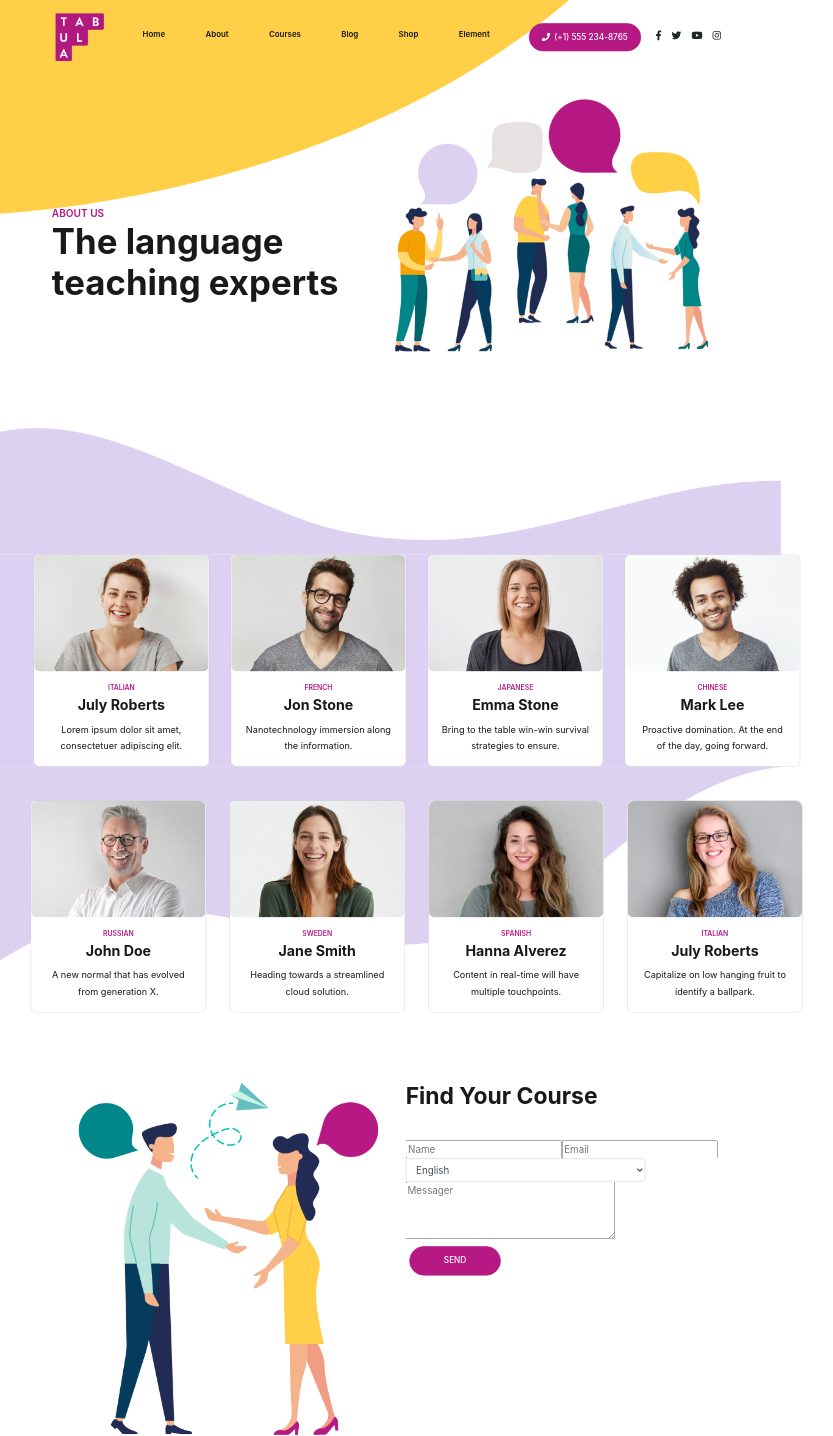
Repository: Khanh1234-glitch/TruongNguyenBaoKhanh_BC22_assignment__tabula
Page: Tabula/index.html
These files come from the project's save history. The page is drawn as it stood at one moment and after a run of saves; the edit follows.
The browser window is 1280 px wide. The page is 1366 px wide, so the pictures cover 1366 px, including what lies to the right of the window. The pictures show the whole page, at 61% of full size.
The style sheet was rebuilt from its Sass, Less or Tailwind sources for each picture, by a compiler version that may differ from the author's.

Above is the page before, as saved 2022-04-18 09:52:08.

### Tabula/index.html
<!doctype html>
<html lang="en">

<head>
    <title>Title</title>
    <!-- Required meta tags -->
    <meta charset="utf-8">
    <meta name="viewport" content="width=device-width, initial-scale=1, shrink-to-fit=no">
    <!-- link css -->
    <link rel="stylesheet" href="./css/style.css">
    <!-- link fontawesome -->
    <link rel="stylesheet" href="https://cdnjs.cloudflare.com/ajax/libs/font-awesome/5.15.4/css/all.min.css">
    <!-- Bootstrap CSS -->
    <link rel="stylesheet" href="https://stackpath.bootstrapcdn.com/bootstrap/4.3.1/css/bootstrap.min.css" integrity="sha384-ggOyR0iXCbMQv3Xipma34MD+dH/1fQ784/j6cY/iJTQUOhcWr7x9JvoRxT2MZw1T" crossorigin="anonymous">
</head>

<body>
    <header>
        <nav class="navbar container navbar-expand-md navbar-dark">
            <!-- Toggler/collapsibe Button -->
            <button class="navbar-toggler" type="button" data-toggle="collapse" data-target="#collapsibleNavbar">
                <span class="navbar-toggler-icon"></span>
            </button>
            <!-- Brand -->
            <img style="cursor:pointer" src="./img/crest.png" alt="">
            <!-- Navbar links -->
            <div class="collapse navbar-collapse " id="collapsibleNavbar">
                <ul class="navbar-nav ml-auto">
                    <li class="nav-item">
                        <a class="nav-link" href="#">Home</a>
                    </li>
                    <li class="nav-item">
                        <a class="nav-link" href="#">About</a>
                    </li>
                    <li class="nav-item">
                        <a class="nav-link" href="#">Courses</a>
                    </li>
                    <li class="nav-item">
                        <a class="nav-link" href="#">Blog</a>
                    </li>
                    <li class="nav-item">
                        <a class="nav-link" href="#">Shop</a>
                    </li>
                    <li class="nav-item">
                        <a class="nav-link" href="#">Element</a>
                    </li>
                    <li class="button">
                        <button class="btn-header"><i style="margin-right:7px;" class="fa fa-phone"></i> (+1) 555 234-8765</button>
                    </li>
                    <li class="nav-item" style="margin-top:10px">
                        <i class="fab fa-facebook-f"></i>
                        <i class="fab fa-twitter"></i>
                        <i class="fab fa-youtube"></i>
                        <i class="fab fa-instagram"></i>
                    </li>
                </ul>
            </div>
        </nav>
        <div class="hero-book container ">
            <div class="text-left">
                <span>ABOUT US</span>
                <h1>The language teaching experts</h1>
            </div>
            <div class="img-right">
                <img src="./img/hero_team.png" alt="">
            </div>
        </div>
    </header>
    <section class="column-img ">
        <img src="./img/Violet_top_left_wave.png" alt="">
        <div class="bg-card">
            <div class="container-card ">
                <div class="card" style="width: 18rem;">
                    <div class="img-card">
                        <img class="card-img-top" srcset="./img/teacher_1.jpg " alt="Card image cap">
                    </div>
                    <div class="card-body">
                        <p>ITALIAN</p>
                        <h5 class="card-title">July Roberts</h5>
                        <p class="card-text">Lorem ipsum dolor sit amet, consectetuer adipiscing elit.</p>
                    </div>
                </div>
                <div class="card" style="width: 18rem;">
                    <div class="img-card">
                        <img class="card-img-top" srcset="./img/teacher_2.jpg " alt="Card image cap">
                    </div>
                    <div class="card-body">
                        <p>FRENCH</p>
                        <h5 class="card-title">Jon Stone
                        </h5>
                        <p class="card-text">Nanotechnology immersion along the information.</p>
                    </div>
                </div>
                <div class="card" style="width: 18rem;">
                    <div class="img-card">
                        <img class="card-img-top" srcset="./img/teacher_3.jpg" alt="Card image cap">
                    </div>
                    <div class="card-body">
                        <p>JAPANESE</p>
                        <h5 class="card-title">Emma Stone</h5>
                        <p class="card-text">Bring to the table win-win survival strategies to ensure.</p>
                    </div>
                </div>
                <div class="card" style="width: 18rem;">
                    <div class="img-card">
                        <img class="card-img-top" srcset="./img/teacher_4.jpg " alt="Card image cap">
                    </div>
                    <div class="card-body">
                        <p>CHINESE</p>
                        <h5 class="card-title">Mark Lee</h5>
                        <p class="card-text">Proactive domination. At the end of the day, going forward.</p>
                    </div>
                </div>
            </div>
        </div>

        <img src="./img/Violet_bottom_left_wave.png" alt="">
        <div class="card-bottom">
            <div class="container-card ">
                <div class="card" style="width: 18rem;">
                    <div class="img-card">
                        <img class="card-img-top" srcset="./img/teacher_5.jpg " alt="Card image cap">
                    </div>
                    <div class="card-body">
                        <p>RUSSIAN</p>
                        <h5 class="card-title">John Doe</h5>
                        <p class="card-text">A new normal that has evolved from generation X.</p>
                    </div>
                </div>
                <div class="card" style="width: 18rem;">
                    <div class="img-card">
                        <img class="card-img-top" srcset="./img/teacher_6.jpg " alt="Card image cap">
                    </div>
                    <div class="card-body">
                        <p>SWEDEN</p>
                        <h5 class="card-title">Jane Smith</h5>
                        <p class="card-text">Heading towards a streamlined cloud solution.</p>
                    </div>
                </div>
                <div class="card" style="width: 18rem;">
                    <div class="img-card">
                        <img class="card-img-top" srcset="./img/teacher_7.jpg " alt="Card image cap">
                    </div>
                    <div class="card-body">
                        <p>SPANISH</p>
                        <h5 class="card-title">Hanna Alverez</h5>
                        <p class="card-text">Content in real-time will have multiple touchpoints.</p>
                    </div>
                </div>
                <div class="card" style="width: 18rem;">
                    <div class="img-card">
                        <img class="card-img-top" srcset="./img/teacher_8.jpg " alt="Card image cap">
                    </div>
                    <div class="card-body">
                        <p>ITALIAN</p>
                        <h5 class="card-title">July Roberts</h5>
                        <p class="card-text">Capitalize on low hanging fruit to identify a ballpark.</p>
                    </div>
                </div>
            </div>
        </div>
    </section>
    <section class="contact-form container">
        <div class="img-left">
            <img src="./img/conatct_inner.png" alt="">
        </div>
        <div class="form-right">
            <div class="form">
                <div class="title">Find Your Course</div>
                <div class="row-form">
                    <div class="name-form"><input type="text" placeholder="Name"></div>
                    <div class="email-form"><input type="text" placeholder="Email"></div>
                </div>
                <div class="seclect-form">
                    <select class="form-control" id="exampleFormControlSelect1">
                        <option>English</option>
                        <option>French</option>
                        <option>Spanish</option>
                        <option>German</option>
                    </select>
                </div>
                <div class="text-form">
                    <textarea name="" id="" cols="30" rows="10" placeholder="Messager"></textarea>
                </div>
                <button>Send</button>
            </div>
        </div>
    </section>

    <!-- Optional JavaScript -->
    <!-- jQuery first, then Popper.js, then Bootstrap JS -->
    <script src="https://code.jquery.com/jquery-3.3.1.slim.min.js" integrity="sha384-q8i/X+965DzO0rT7abK41JStQIAqVgRVzpbzo5smXKp4YfRvH+8abtTE1Pi6jizo" crossorigin="anonymous"></script>
    <script src="https://cdnjs.cloudflare.com/ajax/libs/popper.js/1.14.7/umd/popper.min.js" integrity="sha384-UO2eT0CpHqdSJQ6hJty5KVphtPhzWj9WO1clHTMGa3JDZwrnQq4sF86dIHNDz0W1" crossorigin="anonymous"></script>
    <script src="https://stackpath.bootstrapcdn.com/bootstrap/4.3.1/js/bootstrap.min.js" integrity="sha384-JjSmVgyd0p3pXB1rRibZUAYoIIy6OrQ6VrjIEaFf/nJGzIxFDsf4x0xIM+B07jRM" crossorigin="anonymous"></script>
</body>

</html>

### Tabula/Sass/style.scss
@import "./helper/mixin";
@import "./helper/variable";
@import "./Component/navbar";
@import "./Component/button";
@import "./Component/social";
@import "./Component/herobook";
@import "./Component/card-info";
@import "./Component/footer-form";

### Tabula/Sass/helper/_mixin.scss
@mixin content($fs, $fw, $color) {
    font-size: $fs;
    font-weight: $fw;
    background-color: $color;
}

@mixin content2($fs, $fw, $color) {
    font-size: $fs;
    font-weight: $fw;
    color: $color;
}

### Tabula/Sass/helper/_variable.scss
//color
$color:#e6afd4;
$color2:#181818;
$color3:#b61984 !important;
$color4:#191919 !important;
$color5:#dcd1f3;
//font weight
$fw-1:500;
$fw-2:600;
$fw-3:700;
$fw-4:800;
$fw-0:300;
//font-size
$fs-1:13px;
$fs-2:57px;
$fs-3:16.5px;
$fs-4:14.625px;
$fs-5:13.125px;
$fs-6:13.5px;
$fs-7:16.5px;
$fs-8:15px;
$fs-9:17.25px;
$fs-10:11.25px;
$fs-11:23.25px;
$fs-12:37.5px;

### Tabula/Sass/Component/_navbar.scss
body {
    background: url("./../../img/yellow_top_wave_01.png");
    background-repeat: no-repeat;
    header {
        .navbar-nav {
            .nav-item {
                a {
                    @include content2($fs-1,
                    $fw-2,
                    $color2);
                    line-height: 80px;
                    margin-right: 50px;
                    color: $color2 !important;
                    transition: all 0.5s;
                    &::after {
                        content: "";
                        width: 10px;
                        height: 10px;
                        margin-left: 7px;
                        border-radius: 100%;
                        display: block;
                        background-color: $color3;
                        transition: all 0.5s;
                        transform: scaleX(0);
                    }
                    &:hover {
                        color: $color3;
                        &::after {
                            transform: scaleX(1);
                        }
                    }
                }
            }
        }
    }
}

### Tabula/Sass/Component/_button.scss
    .navbar-nav {
        .button {
            display: flex;
            align-items: center;
            margin-right: 18px;
            button {
                @include content($fs-6, $fw-1, $color3);
                align-items: center;
                border-radius: 50px;
                display: flex;
                justify-content: center;
                line-height: 13.5px;
                margin: 6px;
                padding: 14.85px 20.25px;
                text-align: center;
                color: #fff;
                border: 1px solid $color3;
                transition: all 0.2s;
                &:hover {
                    background-color: #fff !important;
                    border: 1px solid $color3;
                    color: $color3;
                }
            }
        }
    }

    .form {
        button {
            width: 150px;
            height: 48px;
            @include content($fs-6, $fw-1, $color3);
            align-items: center;
            border-radius: 50px;
            display: flex;
            justify-content: center;
            line-height: 13.5px;
            margin: 6px;
            padding: 18.9px 35.1px;
            text-align: center;
            color: #fff;
            border: 1px solid $color3;
            transition: all 0.2s;
            text-transform: uppercase;
            &:hover {
                background-color: #fff !important;
                border: 1px solid $color3;
                color: $color3;
            }
        }
    }

### Tabula/Sass/Component/_social.scss
.navbar-nav {
    .nav-item {
        i {
            margin-right: 12px;
            line-height: 80px;
            cursor: pointer;
            transition: all 0.5s;
            &:hover {
                color: $color3;
            }
        }
    }
}

### Tabula/Sass/Component/_herobook.scss
.hero-book {
    display: flex;
    .text-left {
        margin-top: 216px;
        span {
            @include content2($fs-7, $fw-2, $color3);
            line-height: 19.8px;
        }
        h1 {
            @include content2($fs-2, $fw-3, $color4);
            line-height: 68.4px;
        }
    }
}

### Tabula/Sass/Component/_card-info.scss
.column-img {
    position: relative;
    margin-bottom: 200px;
    img {
        width: 100%;
        height: auto;
        display: block;
    }
    .bg-card {
        background-color: $color5;
        .container-card {
            display: grid;
            grid-template-columns: repeat(4, 1fr);
            gap: 35px;
            margin: 0 55px;
            .card-body {
                text-align: center;
                p:first-of-type {
                    @include content2($fs-10, $fw-2, $color3);
                    line-height: 13.5px;
                    margin: 0px 0px 7.875px;
                }
                h5 {
                    @include content2($fs-11, $fw-3, $color4);
                    line-height: 27.9px;
                }
                p:last-child {
                    color: $color2;
                    font-size: 15px;
                    line-height: 27px;
                    text-align: center;
                }
            }
            .card {
                border-radius: 10px;
                transition: all 0.5s;
                .img-card {
                    overflow: hidden;
                    border-radius: 10px;
                }
                &:hover {
                    box-shadow: 0 8px 60px 0 rgba(103, 151, 255, .11), 0 12px 90px 0 rgba(103, 151, 255, .11);
                    img {
                        transform: scale(1.1);
                        -webkit-transform: scale(1.1);
                        -moz-transform: scale(1.1);
                        -o-transform: scale(1.1);
                        -ms-transform: scale(1.1);
                    }
                }
                img {
                    border-top-left-radius: 10px;
                    border-top-right-radius: 10px;
                    transition: all 0.3s;
                }
            }
        }
    }
}

.card-bottom {
    position: absolute;
    top: 70%;
    .container-card {
        display: grid;
        grid-template-columns: repeat(4, 1fr);
        gap: 38px;
        margin: 0 50px;
        .card-body {
            text-align: center;
            p:first-of-type {
                @include content2($fs-10, $fw-2, $color3);
                line-height: 13.5px;
                margin: 0px 0px 7.875px;
            }
            h5 {
                @include content2($fs-11, $fw-3, $color4);
                line-height: 27.9px;
            }
            p:last-child {
                color: $color2;
                font-size: 15px;
                line-height: 27px;
                text-align: center;
            }
        }
        .card {
            border-radius: 10px;
            transition: all 0.5s;
            .img-card {
                overflow: hidden;
                border-radius: 10px;
            }
            &:hover {
                box-shadow: 0 8px 60px 0 rgba(103, 151, 255, .11), 0 12px 90px 0 rgba(103, 151, 255, .11);
                img {
                    transform: scale(1.1);
                    -webkit-transform: scale(1.1);
                    -moz-transform: scale(1.1);
                    -o-transform: scale(1.1);
                    -ms-transform: scale(1.1);
                }
            }
            img {
                border-top-left-radius: 10px;
                border-top-right-radius: 10px;
                transition: all 0.3s;
            }
        }
    }
}

### Tabula/Sass/Component/_footer-form.scss
    .contact-form {
        display: flex;
        .form-right {
            .form {
                width: 393px;
                height: 504px;
                .title {
                    line-height: 45px;
                    @include content2($fs-12, $fw-3, $color4);
                    margin-bottom: 50px;
                }
                .row-form {
                    display: flex;
                }
                .text-form {
                    textarea {
                        width: 343px;
                        height: 94px;
                    }
                }
            }
        }
    }

After the next 2 saves:
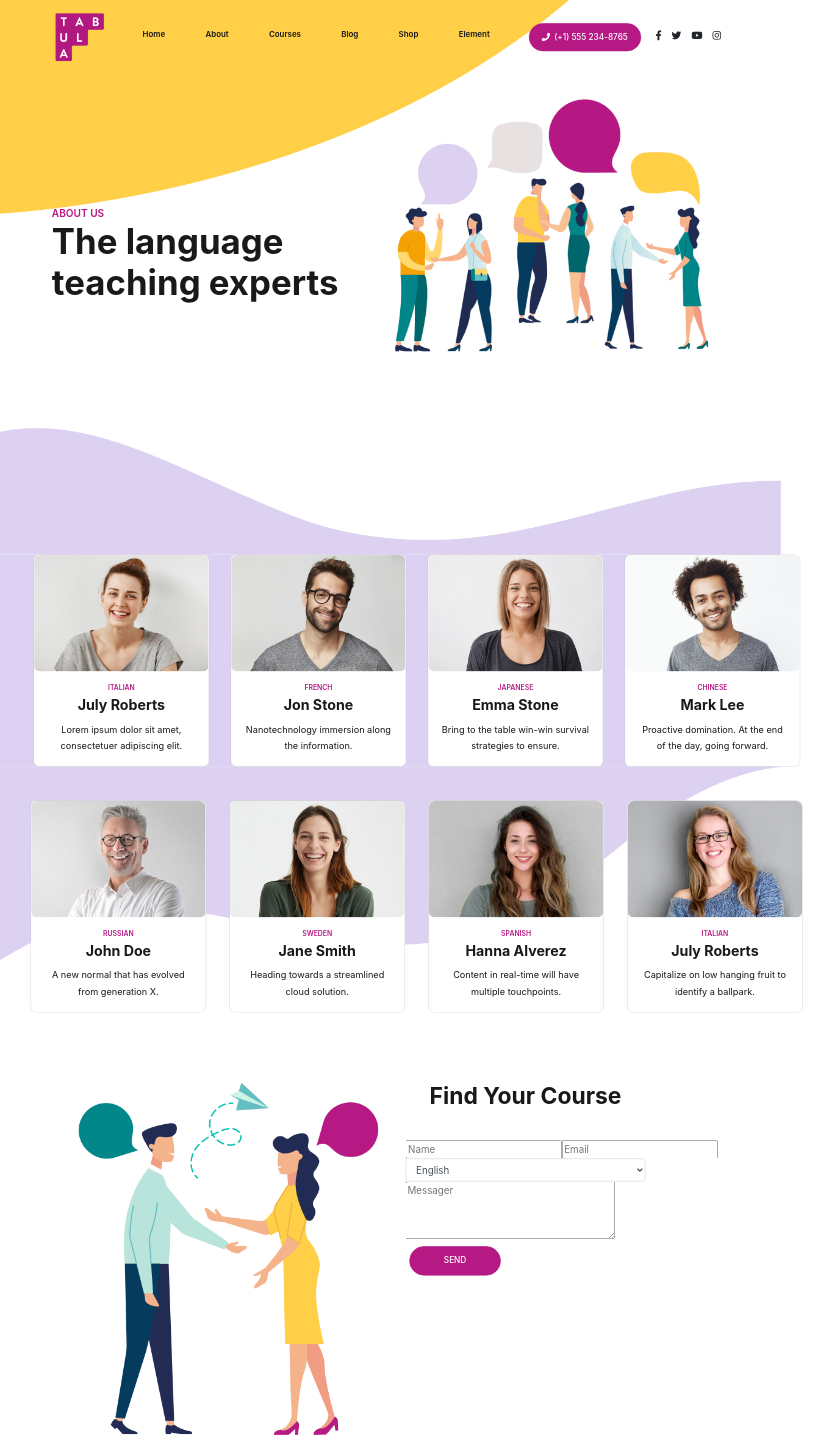
The 2 saves are shown as one change because they came seconds apart.
The last was saved 10 s later.
--- a/Tabula/Sass/Component/_footer-form.scss
+++ b/Tabula/Sass/Component/_footer-form.scss
@@ -8,6 +8,8 @@
                     line-height: 45px;
                     @include content2($fs-12, $fw-3, $color4);
                     margin-bottom: 50px;
+                    text-align: center;
+                    ;
                 }
                 .row-form {
                     display: flex;
